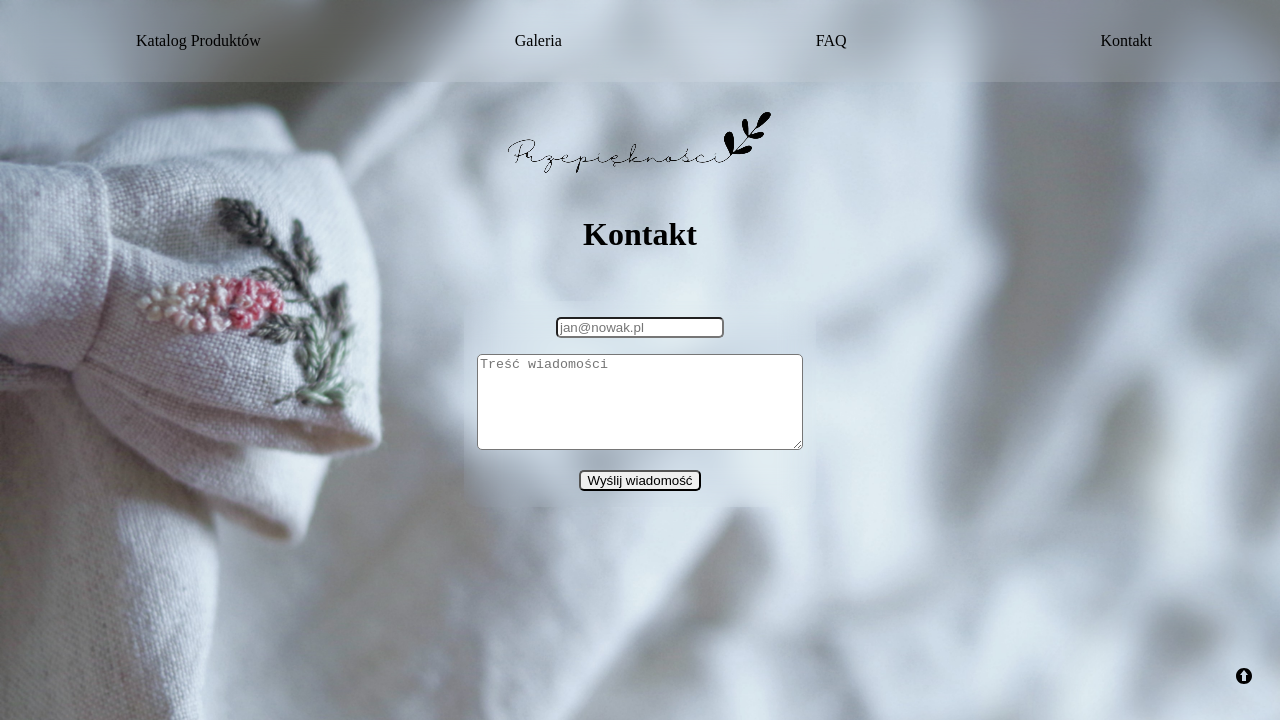
Repository: kowalkos/Rak_projekt
Page: /about
An editor plug-in stored every save of this project. The page is shown before and after the next save, followed by the edit.
The browser window is 1280 px wide. The pictures show the whole page.
The project was rebuilt for these pictures with package versions that can differ from the ones it lists, and the page was loaded fresh each time. Also part of the build but not shown: src/components/produkty/Produkt.css, src/components/produkty/produkt.js, src/components/galeria/Galeria.js, src/components/main/Main.js, src/components/FAQ/Faq.js.

Above is the page before, as saved 2022-01-19 14:18:24.

After the next save:
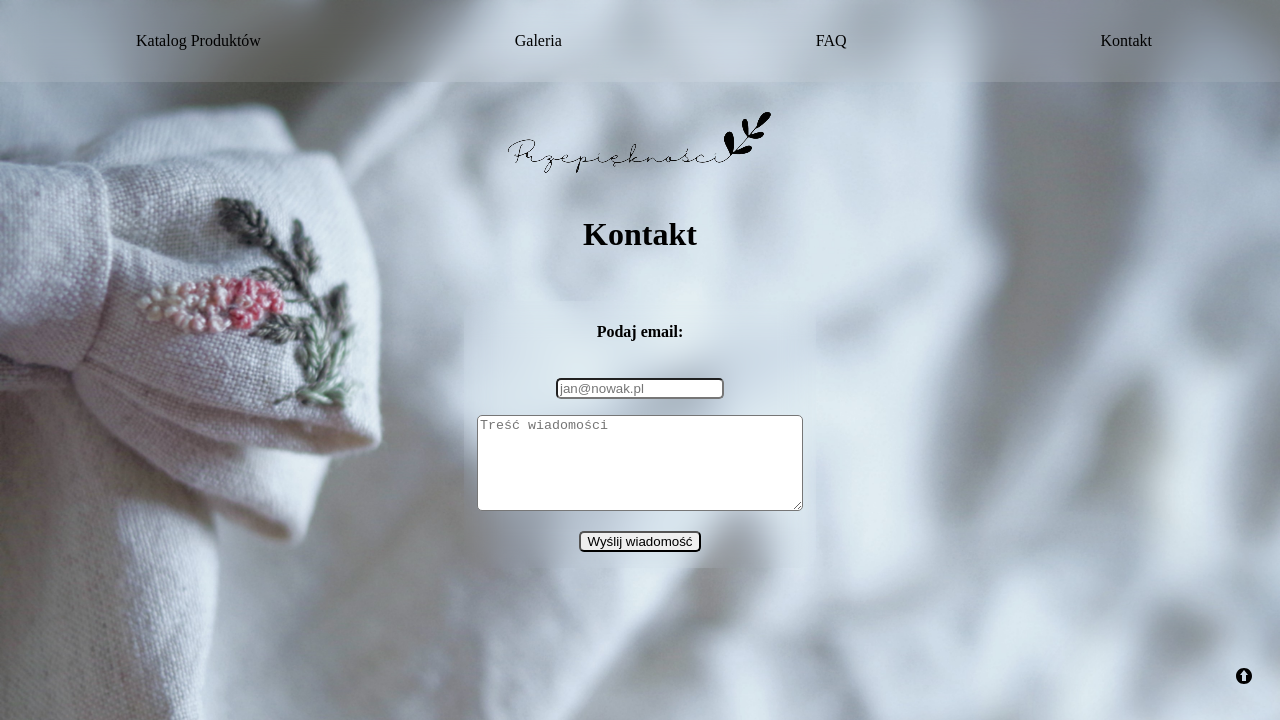
Saved 2 min 58 s later.
--- a/src/components/about/About.js
+++ b/src/components/about/About.js
@@ -5,6 +5,7 @@ function About(props) {
         <div className="blok">
 
             <form>
+                <h4>Podaj email:</h4>
                 <input className="email-input"  type="email" placeholder="jan@nowak.pl"/>
                 <textarea className="mail-text" rows={6} cols={60} placeholder="Treść wiadomości"/>
                 <button className="button-send">Wyślij wiadomość</button>
